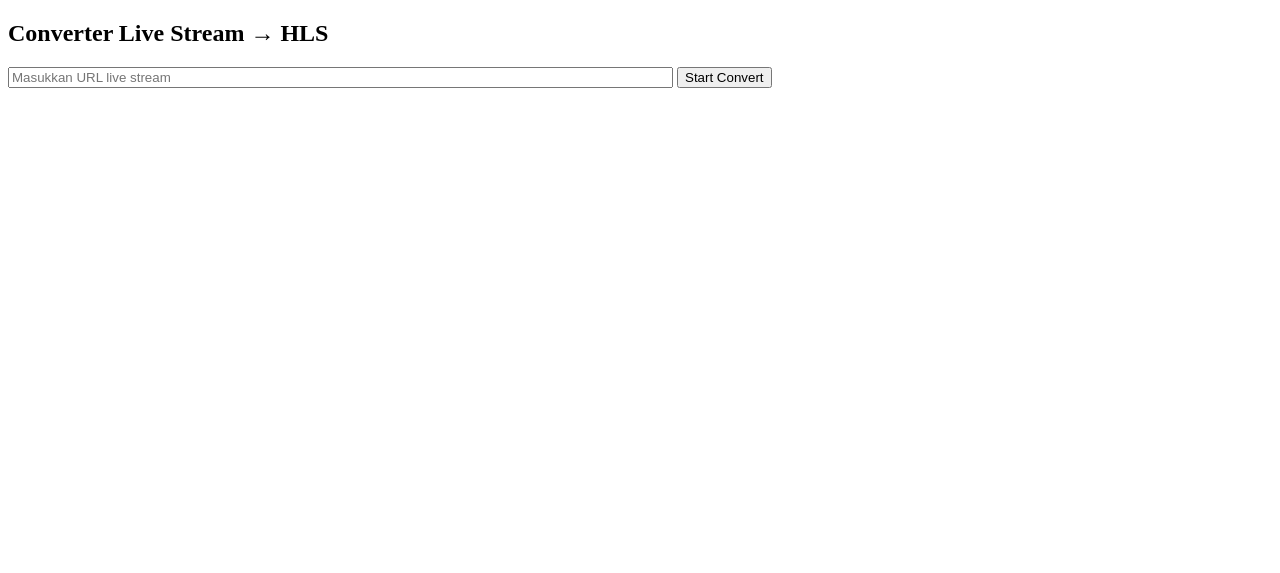
Repository: abdulharisasari/hlsconverter
Page: http://localhost/
These files come from the project's save history. The page is drawn as it stood at one moment and after the next save; the edit follows.
The browser window is 1280 px wide. The pictures show the whole page.
The page is served by the project's application, run on Flask 3 (app.py).

Above is the page before, as saved 2025-11-05 14:03:16.

### templates/converter.html
<!doctype html>
<html>
<head>
  <meta charset="utf-8"/>
  <title>Live Stream Converter</title>
</head>
<body>
  <h2>Converter Live Stream → HLS</h2>
  <input id="sourceUrl" type="text" size="80" placeholder="Masukkan URL live stream"/>
  <button onclick="startConvert()">Start Convert</button>

  <script>
  async function startConvert() {
    const src = document.getElementById('sourceUrl').value;
    if (!src) return alert("Masukkan URL source");

    const res = await fetch('/start', {
      method: 'POST',
      headers: {'Content-Type': 'application/json'},
      body: JSON.stringify({ source: src })
    });
    const data = await res.json();
    if (data.player_url) {
      alert("Streaming started! Buka halaman player: " + data.player_url);
      window.location.href = data.player_url;
    }
  }
  </script>
</body>
</html>

### app.py
import os
import subprocess
import uuid
from flask import Flask, request, jsonify, render_template
from threading import Thread

BASE_HLS_DIR = os.path.join(os.path.dirname(__file__), "static", "hls")
os.makedirs(BASE_HLS_DIR, exist_ok=True)

app = Flask(__name__, static_folder="static", template_folder="templates")

def start_ffmpeg_to_hls(source_url: str, output_name: str):
    """Jalankan FFmpeg untuk konversi live stream ke HLS"""
    output_path = os.path.join(BASE_HLS_DIR, output_name)
    os.makedirs(output_path, exist_ok=True)

    cmd = [
        "ffmpeg",
        "-y",
        "-i", source_url,
        "-c", "copy",
        "-f", "hls",
        "-hls_time", "4",
        "-hls_list_size", "5",
        "-hls_flags", "delete_segments+append_list",
        os.path.join(output_path, "index.m3u8")
    ]

    print(f"[DEBUG] Jalankan FFmpeg untuk: {source_url}")
    print(" ".join(cmd))
    process = subprocess.Popen(cmd, stdout=subprocess.PIPE, stderr=subprocess.PIPE, text=True)

    # tampilkan log FFmpeg di terminal
    for line in process.stderr:
        print("[FFmpeg]", line.strip())

# ======================
# Halaman Converter
# ======================
@app.route("/")
def converter():
    return render_template("converter.html")

@app.route("/start", methods=["POST"])
def start():
    data = request.get_json()
    src = data.get("source")
    if not src:
        return jsonify({"error": "Source URL is required"}), 400

    stream_id = uuid.uuid4().hex[:8]
    thread = Thread(target=start_ffmpeg_to_hls, args=(src, stream_id))
    thread.daemon = True
    thread.start()

    return jsonify({
        "message": "Streaming started!",
        "player_url": f"/player/{stream_id}",
        "stream_id": stream_id
    })

# ======================
# Halaman Player
# ======================
@app.route("/player/<stream_id>")
def player(stream_id):
    return render_template("player.html", stream_id=stream_id)

# ======================
# Jalankan Flask
# ======================
if __name__ == "__main__":
    app.run(host="0.0.0.0", port=5000, debug=True)

### templates/index.html
<!doctype html>
<html>
<head>
  <meta charset="utf-8"/>
  <title>Live Stream to HLS Converter</title>
  <script src="https://cdn.jsdelivr.net/npm/hls.js@latest"></script>
</head>
<body>
  <h2>Live Stream → HLS Converter</h2>
  <label>Source URL:</label><br/>
  <input id="sourceUrl" type="text" size="100"
         placeholder="Masukkan URL stream di sini (misal dari CCTV, RTSP, atau API)"/>
  <br/><br/>
  <button onclick="startConvert()">Start Convert</button>

  <hr/>
  <h3>Preview:</h3>
  <video id="video" width="640" controls autoplay></video>

  <script>
  async function startConvert() {
    const src = document.getElementById('sourceUrl').value;
    if (!src) return alert("Masukkan URL sumber dulu");

    const res = await fetch('/convert', {
      method: 'POST',
      headers: {'Content-Type': 'application/json'},
      body: JSON.stringify({ source: src })
    });
    const data = await res.json();

    if (data.hls_url) {
      playHls(data.hls_url);
    } else {
      alert("Gagal mulai konversi: " + (data.error || "unknown error"));
    }
  }

  function playHls(hlsUrl) {
    const video = document.getElementById('video');
    if (Hls.isSupported()) {
      const hls = new Hls();
      hls.loadSource(hlsUrl);
      hls.attachMedia(video);
    } else if (video.canPlayType('application/vnd.apple.mpegurl')) {
      video.src = hlsUrl;
    }
  }
  </script>
</body>
</html>

After the next save:
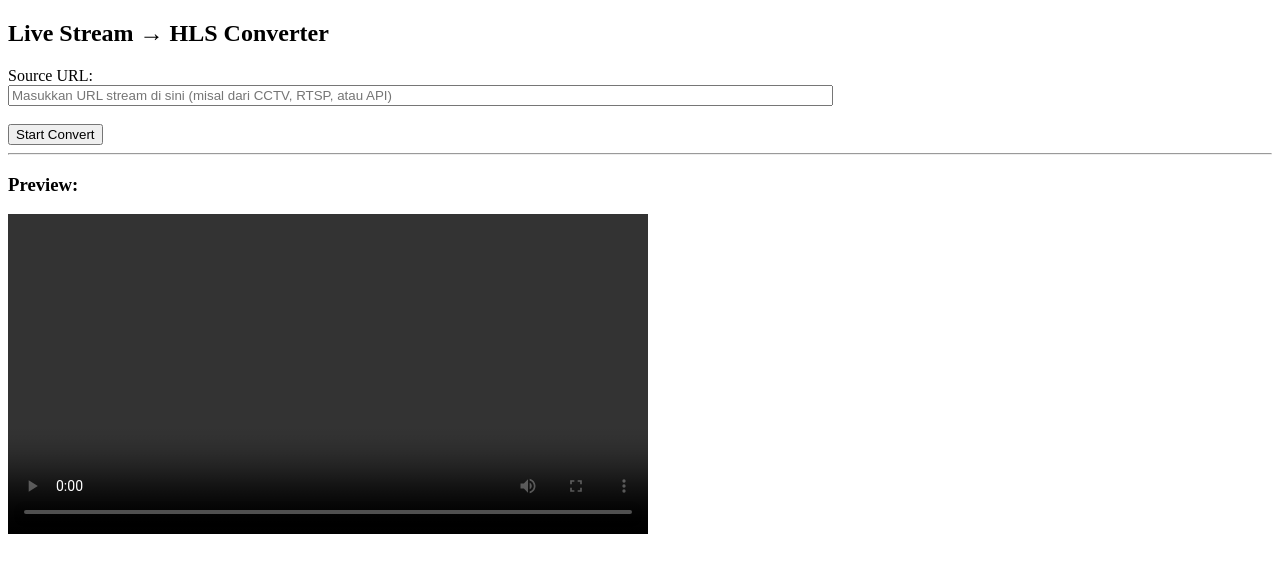
Saved 2 min 2 s later.
--- a/app.py
+++ b/app.py
@@ -1,73 +1,96 @@
 import os
 import subprocess
-import uuid
-from flask import Flask, request, jsonify, render_template
+from flask import Flask, request, jsonify, send_from_directory, render_template
 from threading import Thread
-
-BASE_HLS_DIR = os.path.join(os.path.dirname(__file__), "static", "hls")
-os.makedirs(BASE_HLS_DIR, exist_ok=True)
 
 app = Flask(__name__, static_folder="static", template_folder="templates")
 
-def start_ffmpeg_to_hls(source_url: str, output_name: str):
-    """Jalankan FFmpeg untuk konversi live stream ke HLS"""
-    output_path = os.path.join(BASE_HLS_DIR, output_name)
-    os.makedirs(output_path, exist_ok=True)
+BASE_HLS_DIR = os.path.join(app.static_folder, "hls")
+os.makedirs(BASE_HLS_DIR, exist_ok=True)
 
+# ---------------------------------------------------
+# Fungsi untuk menjalankan ffmpeg ke format HLS (.m3u8)
+# ---------------------------------------------------
+def start_ffmpeg_to_hls(source_url: str, stream_id: str):
+    output_dir = os.path.join(BASE_HLS_DIR, stream_id)
+    os.makedirs(output_dir, exist_ok=True)
+
+    output_path = os.path.join(output_dir, "index.m3u8")
+
+    # Jika proses sudah berjalan untuk stream ini, hentikan dulu
+    stop_ffmpeg_process(stream_id)
+
+    # Command ffmpeg untuk ubah ke HLS
     cmd = [
         "ffmpeg",
-        "-y",
-        "-i", source_url,
-        "-c", "copy",
+        "-y",                   # overwrite
+        "-i", source_url,       # input stream/video
+        "-c:v", "copy",         # tidak transcode ulang (lebih ringan)
+        "-c:a", "aac",
         "-f", "hls",
-        "-hls_time", "4",
-        "-hls_list_size", "5",
+        "-hls_time", "5",       # durasi tiap segmen 5 detik
+        "-hls_list_size", "6",  # hanya simpan segmen terakhir
         "-hls_flags", "delete_segments+append_list",
-        os.path.join(output_path, "index.m3u8")
+        "-hls_allow_cache", "0",
+        output_path
     ]
 
-    print(f"[DEBUG] Jalankan FFmpeg untuk: {source_url}")
-    print(" ".join(cmd))
-    process = subprocess.Popen(cmd, stdout=subprocess.PIPE, stderr=subprocess.PIPE, text=True)
+    # Jalankan ffmpeg di thread terpisah
+    def run_ffmpeg():
+        subprocess.run(cmd, stdout=subprocess.DEVNULL, stderr=subprocess.STDOUT)
 
-    # tampilkan log FFmpeg di terminal
-    for line in process.stderr:
-        print("[FFmpeg]", line.strip())
-
-# ======================
-# Halaman Converter
-# ======================
-@app.route("/")
-def converter():
-    return render_template("converter.html")
-
-@app.route("/start", methods=["POST"])
-def start():
-    data = request.get_json()
-    src = data.get("source")
-    if not src:
-        return jsonify({"error": "Source URL is required"}), 400
-
-    stream_id = uuid.uuid4().hex[:8]
-    thread = Thread(target=start_ffmpeg_to_hls, args=(src, stream_id))
-    thread.daemon = True
+    thread = Thread(target=run_ffmpeg, daemon=True)
     thread.start()
 
-    return jsonify({
-        "message": "Streaming started!",
-        "player_url": f"/player/{stream_id}",
-        "stream_id": stream_id
-    })
+    print(f"[FFMPEG] HLS started for {stream_id} from {source_url}")
 
-# ======================
-# Halaman Player
-# ======================
-@app.route("/player/<stream_id>")
-def player(stream_id):
-    return render_template("player.html", stream_id=stream_id)
 
-# ======================
-# Jalankan Flask
-# ======================
+# ---------------------------------------------------
+# Fungsi untuk menghentikan ffmpeg jika ada proses lama
+# ---------------------------------------------------
+def stop_ffmpeg_process(stream_id: str):
+    # (opsional) kamu bisa tambah logika lebih kompleks di sini
+    pass
+
+
+# ---------------------------------------------------
+# Endpoint untuk mulai konversi
+# ---------------------------------------------------
+@app.route("/start", methods=["POST"])
+def start_conversion():
+    data = request.get_json(force=True)
+    source = data.get("source")
+    stream_id = data.get("stream_id", "stream1")
+
+    if not source:
+        return jsonify({"ok": False, "msg": "Source URL tidak boleh kosong"})
+
+    start_ffmpeg_to_hls(source, stream_id)
+
+    manifest_url = f"/static/hls/{stream_id}/index.m3u8"
+    return jsonify({"ok": True, "manifest_url": manifest_url})
+
+
+# ---------------------------------------------------
+# Route utama untuk UI
+# ---------------------------------------------------
+@app.route("/")
+def index():
+    return render_template("index.html")
+
+
+# ---------------------------------------------------
+# MIME type agar streaming tidak terdownload
+# ---------------------------------------------------
+@app.after_request
+def add_headers(response):
+    if response.mimetype == "application/octet-stream":
+        if response.request.path.endswith(".m3u8"):
+            response.mimetype = "application/vnd.apple.mpegurl"
+        elif response.request.path.endswith(".ts"):
+            response.mimetype = "video/mp2t"
+    return response
+
+
 if __name__ == "__main__":
     app.run(host="0.0.0.0", port=5000, debug=True)
